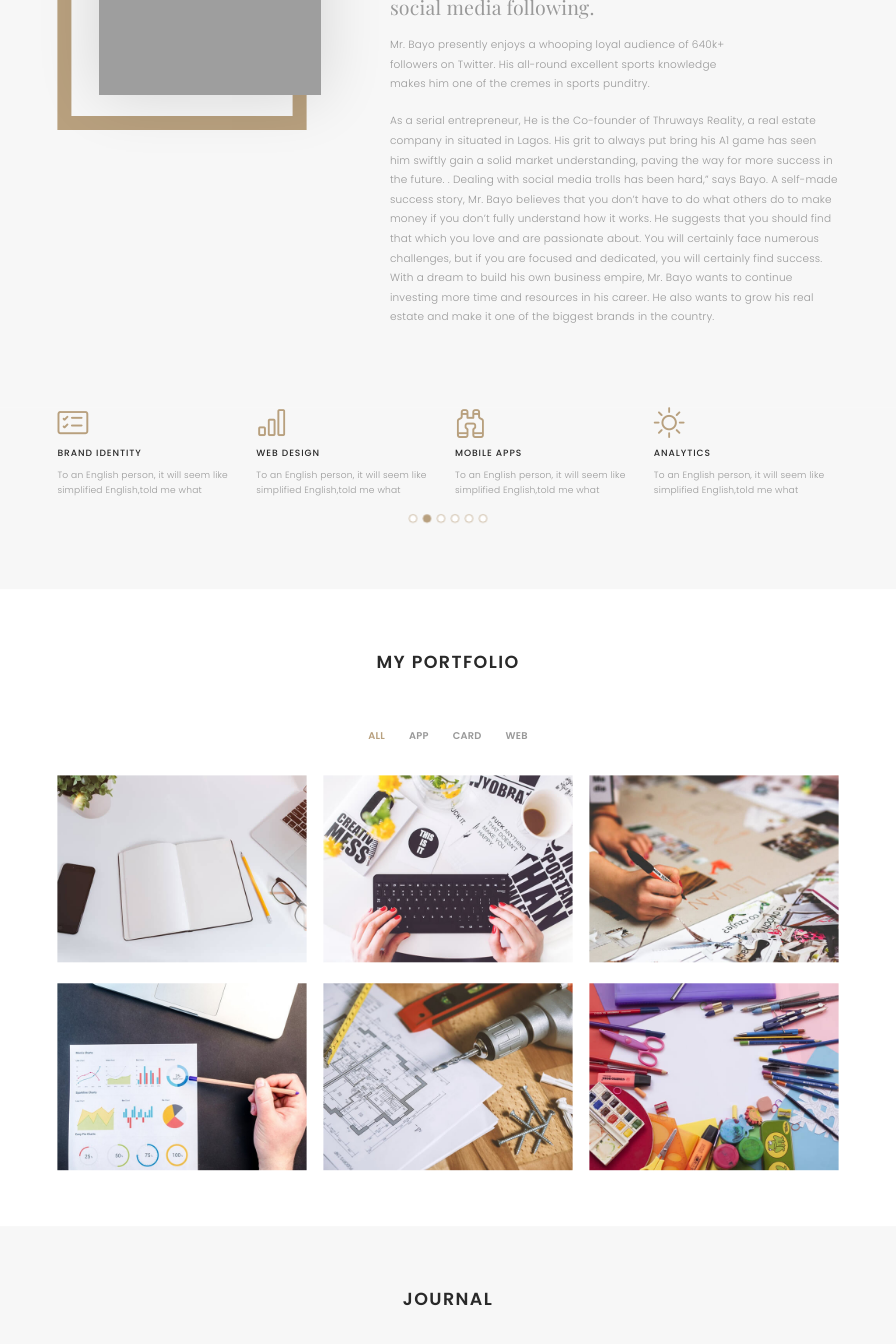
Repository: muhammedctgr/MrBayoA1
Page: index.html
An editor plug-in stored every save of this project. The page is shown before and after the next save, followed by the edit.
The browser window is 1280 px wide. The pictures show the part of the page from y = 1064 to 2984 px (the page is 4274 px tall before and 4246 px after), at 70% of full size.
Pictures or frames that could not be fetched are drawn as grey boxes. Some web fonts or font styles are not loaded; a fallback is used.

Above is the page before, as saved 2022-10-17 23:03:23.

### index.html
<!DOCTYPE html>
<html lang="en">

<head>
  <meta charset="utf-8">
  <meta content="width=device-width, initial-scale=1.0" name="viewport">

  <title>Mr Bayo A1</title>
  <meta content="" name="description">
  <meta content="" name="keywords">

  <link rel="apple-touch-icon" sizes="180x180" href="/apple-touch-icon.png">
  <link rel="icon" type="image/png" sizes="32x32" href="/favicon-32x32.png">
  <link rel="icon" type="image/png" sizes="16x16" href="/favicon-16x16.png">
  <link rel="manifest" href="/site.webmanifest">

  <link rel="preconnect" href="https://fonts.googleapis.com">
  <link rel="preconnect" href="https://fonts.gstatic.com" crossorigin>
  <link href="https://fonts.googleapis.com/css2?family=Racing+Sans+One&display=swap" rel="stylesheet">

  <!-- Favicons -->
  <link href="assets/img/favicon.png" rel="icon">
  <link href="assets/img/apple-touch-icon.png" rel="apple-touch-icon">

  <!-- Google Fonts -->
  <link href="https://fonts.googleapis.com/css?family=Poppins:300,300i,400,400i,500,500i,600,600i,700,700i|Playfair+Display:400,400i,500,500i,600,600i,700,700i,900,900i" rel="stylesheet">

  <!-- Vendor CSS Files -->
  <link href="assets/vendor/bootstrap/css/bootstrap.min.css" rel="stylesheet">
  <link href="assets/vendor/bootstrap-icons/bootstrap-icons.css" rel="stylesheet">
  <link href="assets/vendor/boxicons/css/boxicons.min.css" rel="stylesheet">
  <link href="assets/vendor/glightbox/css/glightbox.min.css" rel="stylesheet">
  <link href="assets/vendor/swiper/swiper-bundle.min.css" rel="stylesheet">

  <!-- Template Main CSS File -->
  <link href="assets/css/style.css" rel="stylesheet">

</head>

<body>

  <!-- ======= Header ======= -->
  <header id="header" class="fixed-top ">
    <div class="container d-flex align-items-center justify-content-between">

      <!--<a href="index.html" class="logo"><img src="assets/img/logo.png" alt="" class="img-fluid"></a>-->
      <!-- Uncomment below if you prefer to use an text logo -->
      <h1 class="" style="font-family: 'Racing Sans One', cursive; background-color: #b8a07e; opacity: 0.7;"><a href="index.html">Mr Bayo</a></h1>

      <nav id="navbar" class="navbar">
        <ul>
          <li><a class="nav-link scrollto active" href="#hero">Home</a></li>
          <li><a class="nav-link scrollto" href="#about">About</a></li>
          <!--<li><a class="nav-link  scrollto" href="#portfolio">Portfolio</a></li>-->
          <li><a class="nav-link  scrollto" href="#journal">Blog</a></li>
          <!--<li class="dropdown"><a href="#"><span>Drop Down</span> <i class="bi bi-chevron-down"></i></a>
            <ul>
              <li><a href="#">Drop Down 1</a></li>
              <li class="dropdown"><a href="#"><span>Deep Drop Down</span> <i class="bi bi-chevron-right"></i></a>
                <ul>
                  <li><a href="#">Deep Drop Down 1</a></li>
                  <li><a href="#">Deep Drop Down 2</a></li>
                  <li><a href="#">Deep Drop Down 3</a></li>
                  <li><a href="#">Deep Drop Down 4</a></li>
                  <li><a href="#">Deep Drop Down 5</a></li>
                </ul>
              </li>
              <li><a href="#">Drop Down 2</a></li>
              <li><a href="#">Drop Down 3</a></li>
              <li><a href="#">Drop Down 4</a></li>
            </ul>
          </li>-->
          <li><a class="nav-link scrollto" href="#contact">Contact</a></li>
        </ul>
        <i class="bi bi-list mobile-nav-toggle"></i>
      </nav><!-- .navbar -->

    </div>
  </header><!-- End Header -->

  <!-- ======= Hero Section ======= -->
  <div id="hero" class="home">

    <div class="container">
      <div class="hero-content">
        <h1><span class="typed" data-typed-items="Akinde Gbenga Bayo, Entrepreneur, Social Media Influencer, Serial Winner."></span></h1>
      </div>
    </div>
  </div><!-- End Hero -->

  <main id="main">

    <!-- ======= About Section ======= -->
    <div id="about" class="paddsection">
      <div class="container">
        <div class="row justify-content-between">

          <div class="col-lg-4 ">
            <div class="div-img-bg">
              <div class="about-img">
                <img src="https://i.postimg.cc/W4LmL6sG/2-1.jpg" class="img-responsive" alt="me">
              </div>
            </div>
          </div>

          <div class="col-lg-7">
            <div class="about-descr">

              <p class="p-heading">Akinde Gbenga Bayo, notably known as Mr. Bayo, is one of the successful entrepreneurs and influencers making their mark in the industry.
               Mr. Bayo is an experienced social media influencer from Lagos, Nigeria. His extensive network & experience in the sporting world rate him as one of the top
               influencers with a massive social media following.
              </p>
              <p class="separator">Mr. Bayo presently enjoys a whooping loyal audience of 640k+ followers on Twitter.
                His all-round excellent sports knowledge makes him one of the cremes in sports punditry.
              </p>
              <p>
                As a serial entrepreneur, He is the Co-founder of Thruways Reality, a real estate company in situated in Lagos. His grit to always put bring his A1 game has seen
                him swiftly gain a solid market understanding, paving the way for more success in the future.
                . Dealing with social media trolls has been hard,” says Bayo.
                A self-made success story, Mr. Bayo believes that you don’t have to do what others do to make money if you don’t fully understand how it works.
                He suggests that you should find that which you love and are passionate about. You will certainly face numerous challenges, but if you are focused and dedicated, you will certainly find success.
                With a dream to build his own business empire, Mr. Bayo wants to continue investing more time and resources in his career. He also wants to grow his real estate and make it one of the biggest brands in the country.
              </p>

            </div>

          </div>
        </div>
      </div>
    </div><!-- End About Section -->

    <!-- ======= Services Section ======= -->
    <div id="services">
      <div class="container">

        <div class="services-slider swiper" data-aos="fade-up" data-aos-delay="100">
          <div class="swiper-wrapper">

            <div class="swiper-slide">
              <div class="services-block">
                <i class="bi bi-briefcase"></i>
                <span>UI/UX DESIGN</span>
                <p class="separator">To an English person, it will seem like simplified English,told me what </p>
              </div>
            </div><!-- End testimonial item -->

            <div class="swiper-slide">
              <div class="services-block">
                <i class="bi bi-card-checklist"></i>
                <span>BRAND IDENTITY</span>
                <p class="separator">To an English person, it will seem like simplified English,told me what </p>
              </div>
            </div><!-- End testimonial item -->

            <div class="swiper-slide">
              <div class="services-block">
                <i class="bi bi-bar-chart"></i>
                <span>WEB DESIGN</span>
                <p class="separator">To an English person, it will seem like simplified English,told me what </p>
              </div>
            </div><!-- End testimonial item -->

            <div class="swiper-slide">
              <div class="services-block">
                <i class="bi bi-binoculars"></i>
                <span>MOBILE APPS</span>
                <p class="separator">To an English person, it will seem like simplified English,told me what </p>
              </div>
            </div><!-- End testimonial item -->

            <div class="swiper-slide">
              <div class="services-block">
                <i class="bi bi-brightness-high"></i>
                <span>Analytics</span>
                <p class="separator">To an English person, it will seem like simplified English,told me what </p>
              </div>
            </div><!-- End testimonial item -->

            <div class="swiper-slide">
              <div class="services-block">
                <i class="bi bi-calendar4-week"></i>
                <span>PHOTOGRAPHY</span>
                <p class="separator">To an English person, it will seem like simplified English,told me what </p>
              </div>
            </div><!-- End testimonial item -->

          </div>
          <div class="swiper-pagination"></div>
        </div>

      </div>

    </div><!-- End Services Section -->

    <!-- ======= Portfolio Section ======= -->
    <div id="portfolio" class="paddsection">

      <div class="container">
        <div class="section-title text-center">
          <h2>My Portfolio</h2>
        </div>
      </div>

      <div class="container">

        <div class="row">
          <div class="col-lg-12 d-flex justify-content-center">
            <ul id="portfolio-flters">
              <li data-filter="*" class="filter-active">All</li>
              <li data-filter=".filter-app">App</li>
              <li data-filter=".filter-card">Card</li>
              <li data-filter=".filter-web">Web</li>
            </ul>
          </div>
        </div>

        <div class="row portfolio-container">

          <div class="col-lg-4 col-md-6 portfolio-item filter-app">
            <img src="assets/img/portfolio/portfolio-1.jpg" class="img-fluid" alt="">
            <div class="portfolio-info">
              <h4>App 1</h4>
              <p>App</p>
              <a href="assets/img/portfolio/portfolio-1.jpg" data-gallery="portfolioGallery" class="portfolio-lightbox preview-link" title="App 1"><i class="bx bx-plus"></i></a>
              <a href="portfolio-details.html" class="details-link" title="More Details"><i class="bx bx-link"></i></a>
            </div>
          </div>

          <div class="col-lg-4 col-md-6 portfolio-item filter-web">
            <img src="assets/img/portfolio/portfolio-2.jpg" class="img-fluid" alt="">
            <div class="portfolio-info">
              <h4>Web 3</h4>
              <p>Web</p>
              <a href="assets/img/portfolio/portfolio-2.jpg" data-gallery="portfolioGallery" class="portfolio-lightbox preview-link" title="Web 3"><i class="bx bx-plus"></i></a>
              <a href="portfolio-details.html" class="details-link" title="More Details"><i class="bx bx-link"></i></a>
            </div>
          </div>

          <div class="col-lg-4 col-md-6 portfolio-item filter-app">
            <img src="assets/img/portfolio/portfolio-3.jpg" class="img-fluid" alt="">
            <div class="portfolio-info">
              <h4>App 2</h4>
              <p>App</p>
              <a href="assets/img/portfolio/portfolio-3.jpg" data-gallery="portfolioGallery" class="portfolio-lightbox preview-link" title="App 2"><i class="bx bx-plus"></i></a>
              <a href="portfolio-details.html" class="details-link" title="More Details"><i class="bx bx-link"></i></a>
            </div>
          </div>

          <div class="col-lg-4 col-md-6 portfolio-item filter-card">
            <img src="assets/img/portfolio/portfolio-4.jpg" class="img-fluid" alt="">
            <div class="portfolio-info">
              <h4>Card 2</h4>
              <p>Card</p>
              <a href="assets/img/portfolio/portfolio-4.jpg" data-gallery="portfolioGallery" class="portfolio-lightbox preview-link" title="Card 2"><i class="bx bx-plus"></i></a>
              <a href="portfolio-details.html" class="details-link" title="More Details"><i class="bx bx-link"></i></a>
            </div>
          </div>

          <div class="col-lg-4 col-md-6 portfolio-item filter-web">
            <img src="assets/img/portfolio/portfolio-5.jpg" class="img-fluid" alt="">
            <div class="portfolio-info">
              <h4>Web 2</h4>
              <p>Web</p>
              <a href="assets/img/portfolio/portfolio-5.jpg" data-gallery="portfolioGallery" class="portfolio-lightbox preview-link" title="Web 2"><i class="bx bx-plus"></i></a>
              <a href="portfolio-details.html" class="details-link" title="More Details"><i class="bx bx-link"></i></a>
            </div>
          </div>

          <div class="col-lg-4 col-md-6 portfolio-item filter-app">
            <img src="assets/img/portfolio/portfolio-6.jpg" class="img-fluid" alt="">
            <div class="portfolio-info">
              <h4>App 3</h4>
              <p>App</p>
              <a href="assets/img/portfolio/portfolio-6.jpg" data-gallery="portfolioGallery" class="portfolio-lightbox preview-link" title="App 3"><i class="bx bx-plus"></i></a>
              <a href="portfolio-details.html" class="details-link" title="More Details"><i class="bx bx-link"></i></a>
            </div>
          </div>

        </div>

      </div>

    </div><!-- End Portfolio Section -->

    <!-- ======= Journal Section ======= -->
    <div id="journal" class="text-left paddsection">

      <div class="container">
        <div class="section-title text-center">
          <h2>journal</h2>
        </div>
      </div>

      <div class="container">
        <div class="journal-block">
          <div class="row">

            <div class="col-lg-4 col-md-6">
              <div class="journal-info">

                <a href="blog-single.html"><img src="assets/img/blog-post-1.jpg" class="img-responsive" alt="img"></a>

                <div class="journal-txt">

                  <h4><a href="blog-single.html">SO LETS MAKE THE MOST IS BEAUTIFUL</a></h4>
                  <p class="separator">To an English person, it will seem like simplified English
                  </p>

                </div>

              </div>
            </div>

            <div class="col-lg-4 col-md-6">
              <div class="journal-info">

                <a href="blog-single.html"><img src="assets/img/blog-post-2.jpg" class="img-responsive" alt="img"></a>

                <div class="journal-txt">

                  <h4><a href="blog-single.html">WE'RE GONA MAKE DREAMS COMES</a></h4>
                  <p class="separator">To an English person, it will seem like simplified English
                  </p>

                </div>

              </div>
            </div>

            <div class="col-lg-4 col-md-6">
              <div class="journal-info">

                <a href="blog-single.html"><img src="assets/img/blog-post-3.jpg" class="img-responsive" alt="img"></a>

                <div class="journal-txt">

                  <h4><a href="blog-single.html">NEW LIFE CIVILIZATIONS TO BOLDLY</a></h4>
                  <p class="separator">To an English person, it will seem like simplified English
                  </p>

                </div>

              </div>
            </div>

          </div>
        </div>
      </div>

    </div><!-- End Journal Section -->

    <!-- ======= Contact Section ======= -->
    <div id="contact" class="paddsection">
      <div class="container">
        <div class="contact-block1">
          <div class="row">

            <div class="col-lg-6">
              <div class="contact-contact">

                <h2 class="mb-30">GET IN TOUCH</h2>

                <ul class="contact-details">
                  <li><span>23 Main, Street</span></li>
                  <li><span>New York, United States</span></li>
                  <li><span>+88 01912704287</span></li>
                  <li><span>example@example.com</span></li>
                </ul>

              </div>
            </div>

            <div class="col-lg-6">
              <form action="forms/contact.php" method="post" role="form" class="php-email-form">
                <div class="row gy-3">

                  <div class="col-lg-6">
                    <div class="form-group contact-block1">
                      <input type="text" name="name" class="form-control" id="name" placeholder="Your Name" required>
                    </div>
                  </div>

                  <div class="col-lg-6">
                    <div class="form-group">
                      <input type="email" class="form-control" name="email" id="email" placeholder="Your Email" required>
                    </div>
                  </div>

                  <div class="col-lg-12">
                    <div class="form-group">
                      <input type="text" class="form-control" name="subject" id="subject" placeholder="Subject" required>
                    </div>
                  </div>

                  <div class="col-lg-12">
                    <div class="form-group">
                      <textarea class="form-control" name="message" placeholder="Message" required></textarea>
                    </div>
                  </div>

                  <div class="col-lg-12">
                    <div class="loading">Loading</div>
                    <div class="error-message"></div>
                    <div class="sent-message">Your message has been sent. Thank you!</div>
                  </div>

                  <div class="mt-0">
                    <input type="submit" class="btn btn-defeault btn-send" value="Send message">
                  </div>

                </div>
              </form>
            </div>
          </div>
        </div>
      </div>
    </div><!-- End Contact Section -->

  </main><!-- End #main -->

  <!-- ======= Footer ======= -->
  <div id="footer" class="text-center">
    <div class="container">
      <div class="socials-media text-center">

        <ul class="list-unstyled">
          <li><a href="#"><i class="bi bi-facebook"></i></a></li>
          <li><a href="#"><i class="bi bi-twitter"></i></a></li>
          <li><a href="#"><i class="bi bi-instagram"></i></a></li>
          <li><a href="#"><i class="bi bi-linkedin"></i></a></li>
        </ul>

      </div>

      <p>&copy; Copyrights Folio. All rights reserved.</p>

      <div class="credits">
        <!--
        All the links in the footer should remain intact.
        You can delete the links only if you purchased the pro version.
        Licensing information: https://bootstrapmade.com/license/
        Purchase the pro version with working PHP/AJAX contact form: https://bootstrapmade.com/buy/?theme=Folio
      -->
        Designed by <a href="https://bootstrapmade.com/">BootstrapMade</a>
      </div>

    </div>
  </div><!-- End Footer -->

  <a href="#" class="back-to-top d-flex align-items-center justify-content-center"><i class="bi bi-arrow-up-short"></i></a>

  <!-- Vendor JS Files -->
  <script src="assets/vendor/bootstrap/js/bootstrap.bundle.min.js"></script>
  <script src="assets/vendor/glightbox/js/glightbox.min.js"></script>
  <script src="assets/vendor/isotope-layout/isotope.pkgd.min.js"></script>
  <script src="assets/vendor/swiper/swiper-bundle.min.js"></script>
  <script src="assets/vendor/typed.js/typed.min.js"></script>
  <script src="assets/vendor/php-email-form/validate.js"></script>

  <!-- Template Main JS File -->
  <script src="assets/js/main.js"></script>

</body>

</html>

Loaded but not shown: assets/vendor/bootstrap/css/bootstrap.min.css (library); assets/vendor/bootstrap-icons/bootstrap-icons.css (library); assets/vendor/boxicons/css/boxicons.min.css (library); assets/vendor/glightbox/css/glightbox.min.css (library); assets/vendor/swiper/swiper-bundle.min.css (library); assets/vendor/bootstrap/js/bootstrap.bundle.min.js (library); assets/vendor/glightbox/js/glightbox.min.js (library); assets/vendor/isotope-layout/isotope.pkgd.min.js (library); assets/vendor/swiper/swiper-bundle.min.js (library); assets/vendor/typed.js/typed.min.js (library); assets/vendor/php-email-form/validate.js (common file); assets/js/main.js (262 lines, source omitted); assets/css/style.css (1549 lines, source omitted)

After the next save:
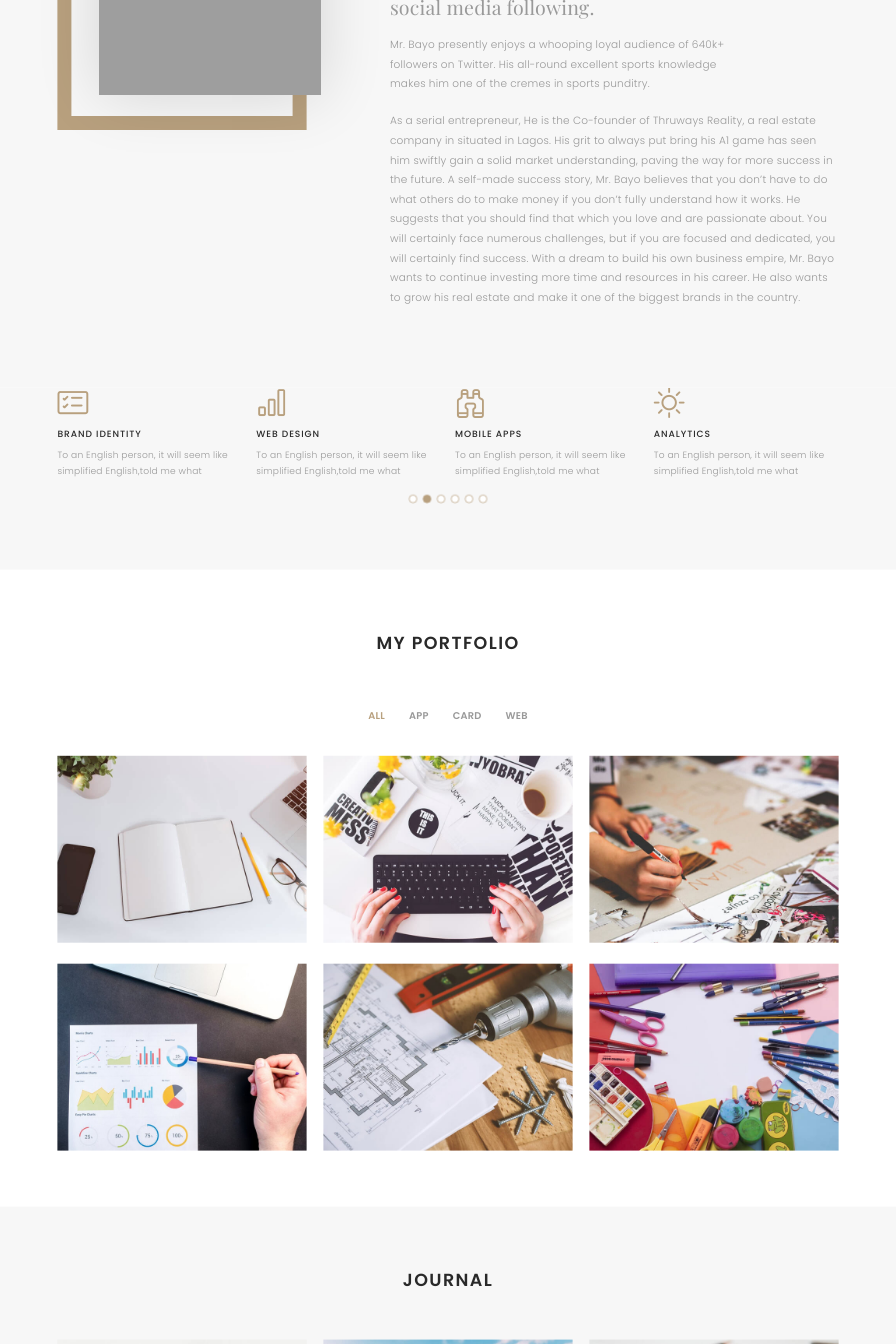
Saved 9 s later.
--- a/index.html
+++ b/index.html
@@ -116,7 +116,7 @@
               <p>
                 As a serial entrepreneur, He is the Co-founder of Thruways Reality, a real estate company in situated in Lagos. His grit to always put bring his A1 game has seen
                 him swiftly gain a solid market understanding, paving the way for more success in the future.
-                . Dealing with social media trolls has been hard,” says Bayo.
+
                 A self-made success story, Mr. Bayo believes that you don’t have to do what others do to make money if you don’t fully understand how it works.
                 He suggests that you should find that which you love and are passionate about. You will certainly face numerous challenges, but if you are focused and dedicated, you will certainly find success.
                 With a dream to build his own business empire, Mr. Bayo wants to continue investing more time and resources in his career. He also wants to grow his real estate and make it one of the biggest brands in the country.
